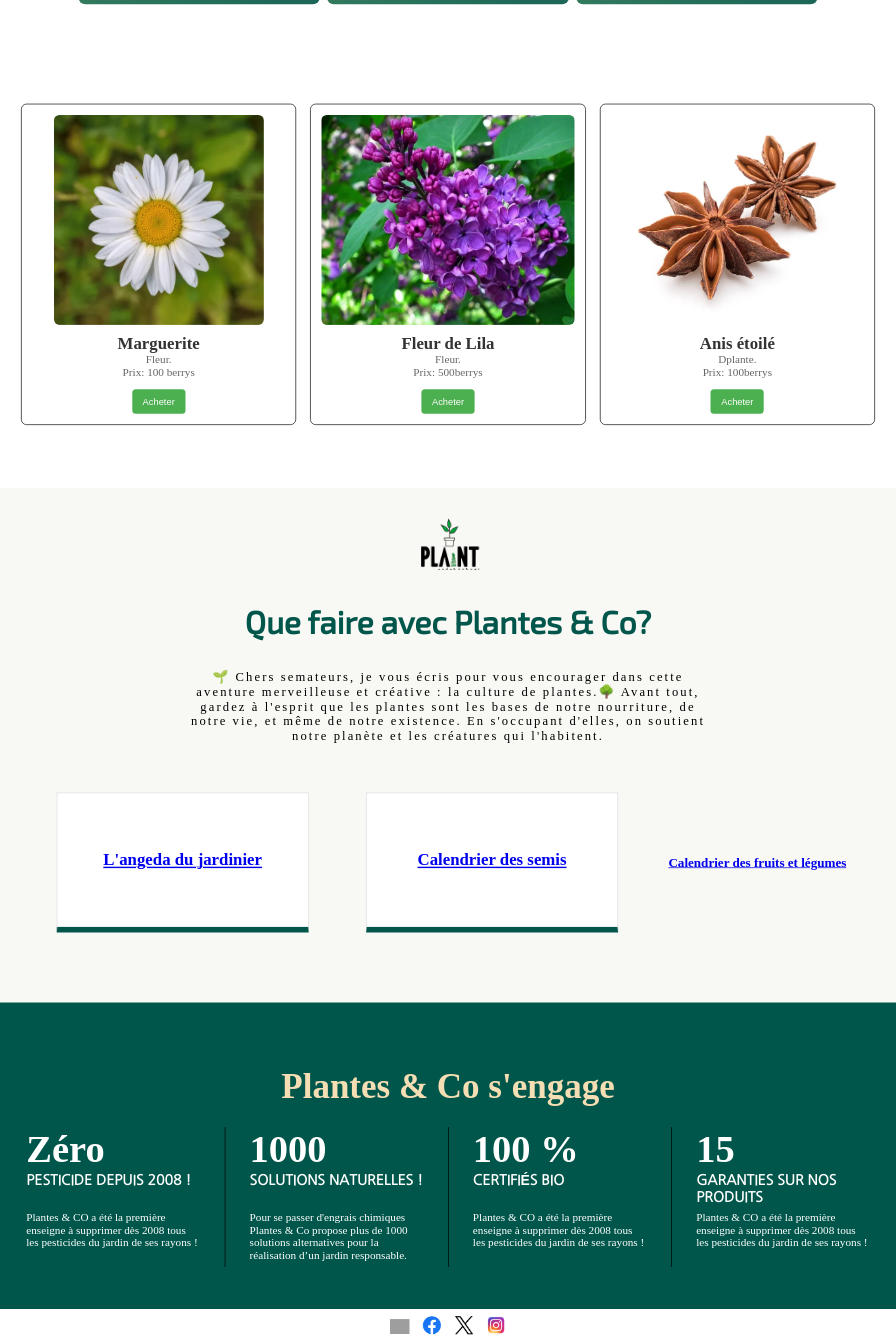
Repository: Flexo874/ISITECH-HTML-CSS
Page: index.html
These files come from the project's save history. The page is drawn as it stood at one moment and after the next save; the edit follows.
The browser window is 1280 px wide. The pictures show the part of the page from y = 1603 to 3523 px (the page is 3523 px tall), at 70% of full size.
Pictures or frames that could not be fetched are drawn as grey boxes. Some web fonts or font styles are not loaded; a fallback is used.

Above is the page before, as saved 2024-01-04 15:06:20.

After the next save:
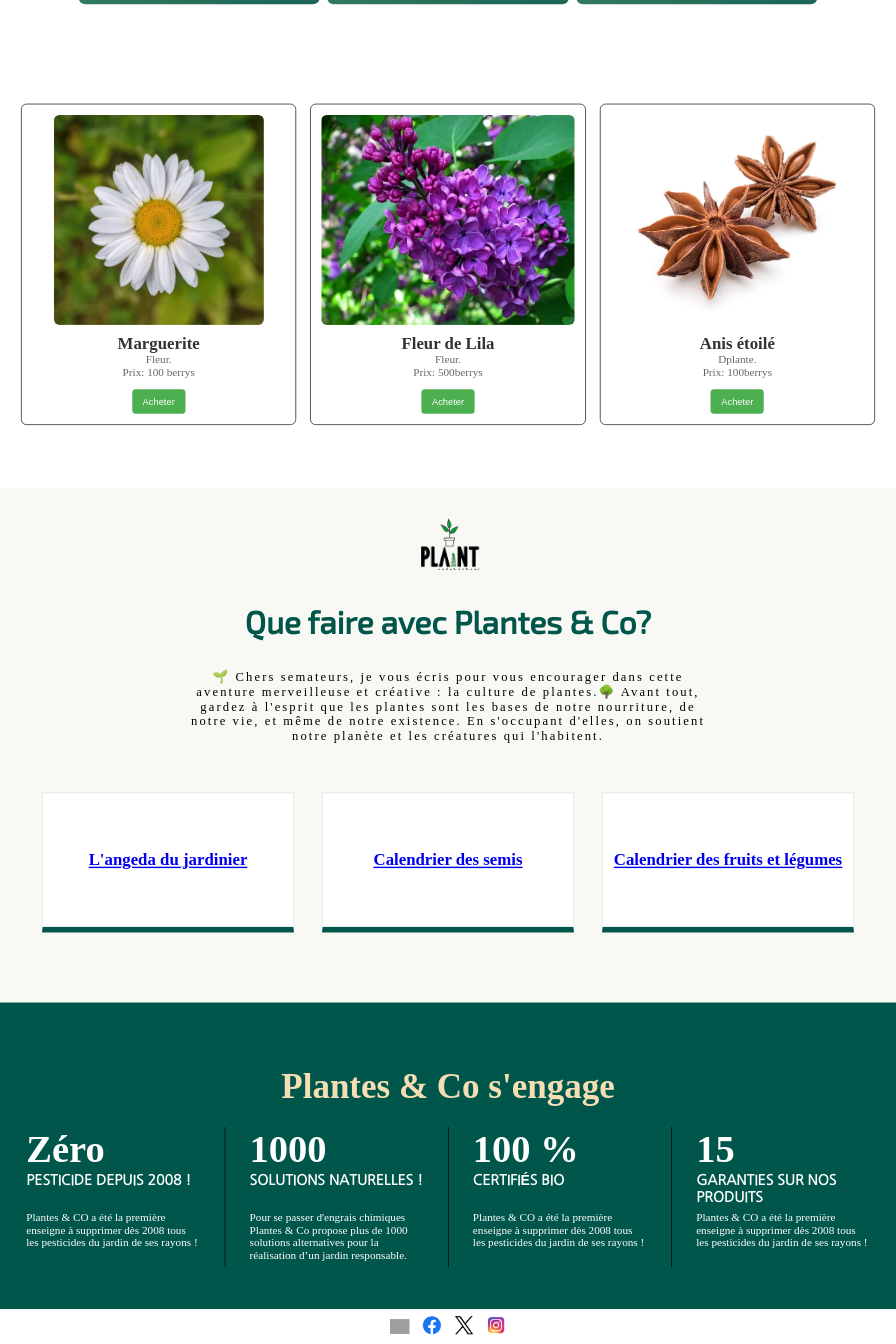
Saved 54 s later.
--- a/index.html
+++ b/index.html
@@ -98,7 +98,7 @@
             <a class="calendar" href="https://www.fermedesaintemarthe.com/calendrier-des-semis-et-recoltes-p-13525">
                 <h3>Calendrier des semis</h3>
             </a>
-            <a calss="calendar" href="https://www.bienmanger.com/1C600_Saison_Fruits_Legumes_Calendrier.html">
+            <a class="calendar" href="https://www.bienmanger.com/1C600_Saison_Fruits_Legumes_Calendrier.html">
                 <h3>Calendrier des fruits et légumes</h3>
             </a>
         </div>
